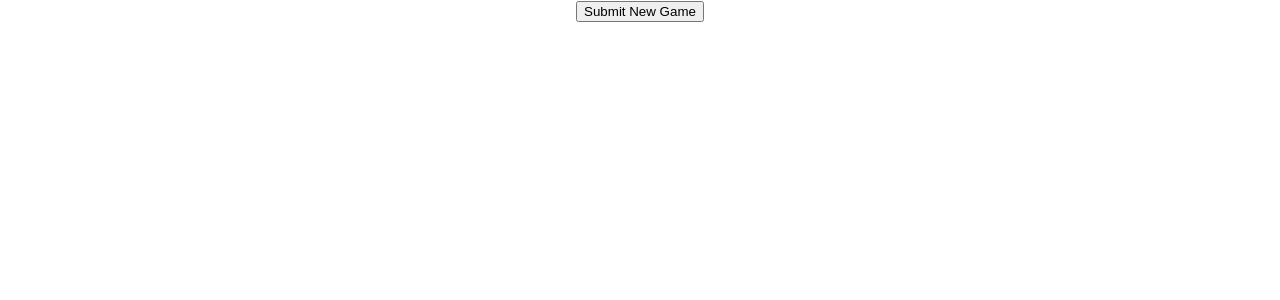
Repository: The-Software-Guild/assessment-2-react-nj10deadend
Page: / (app in Part-2/React-section/frontend/)
An editor plug-in stored every save of this project. The page is shown before and after the next save, followed by the edit.
The browser window is 1280 px wide. The pictures show the whole page.
The page's requests for data from a server got no answer. The project was rebuilt for these pictures with package versions that can differ from the ones it lists, and the page was loaded fresh each time. No one was signed in, and anything a server would have sent is missing. Also part of the build but not shown: Part-2/React-section/frontend/src/components/GameCards.js.

Above is the page before, as saved 2021-12-19 10:52:53.

### Part-2/React-section/frontend/public/index.html
<!DOCTYPE html>
<html lang="en">
  <head>
    <meta charset="utf-8" />
    <link rel="icon" href="%PUBLIC_URL%/favicon.ico" />
    <meta name="viewport" content="width=device-width, initial-scale=1" />
    <meta name="theme-color" content="#000000" />
    <meta name="viewport" content="initial-scale=1, width=device-width" />
    <meta
      name="description"
      content="Web site created using create-react-app"
    />
    <link rel="apple-touch-icon" href="%PUBLIC_URL%/logo192.png" />
    <!--
      manifest.json provides metadata used when your web app is installed on a
      user's mobile device or desktop. See https://developers.google.com/web/fundamentals/web-app-manifest/
    -->
    <link rel="manifest" href="%PUBLIC_URL%/manifest.json" />
    <!--
      Notice the use of %PUBLIC_URL% in the tags above.
      It will be replaced with the URL of the `public` folder during the build.
      Only files inside the `public` folder can be referenced from the HTML.

      Unlike "/favicon.ico" or "favicon.ico", "%PUBLIC_URL%/favicon.ico" will
      work correctly both with client-side routing and a non-root public URL.
      Learn how to configure a non-root public URL by running `npm run build`.
    -->
    <link
      rel="stylesheet"
      href="https://fonts.googleapis.com/css?family=Roboto:300,400,500,700&display=swap"
    />
    <title>React App</title>
  </head>
  <body>
    <noscript>You need to enable JavaScript to run this app.</noscript>
    <div id="root"></div>
    <!--
      This HTML file is a template.
      If you open it directly in the browser, you will see an empty page.

      You can add webfonts, meta tags, or analytics to this file.
      The build step will place the bundled scripts into the <body> tag.

      To begin the development, run `npm start` or `yarn start`.
      To create a production bundle, use `npm run build` or `yarn build`.
    -->
  </body>
</html>

### Part-2/React-section/frontend/src/index.css
body {
  margin: 0;
  font-family: -apple-system, BlinkMacSystemFont, 'Segoe UI', 'Roboto', 'Oxygen',
    'Ubuntu', 'Cantarell', 'Fira Sans', 'Droid Sans', 'Helvetica Neue',
    sans-serif;
  -webkit-font-smoothing: antialiased;
  -moz-osx-font-smoothing: grayscale;
}

code {
  font-family: source-code-pro, Menlo, Monaco, Consolas, 'Courier New',
    monospace;
}

.imgs {
  height: 250px;
  width: 250px;
}

### Part-2/React-section/frontend/src/App.js
import logo from './logo.svg';
import './App.css';
import Home from './components/Home';
import AddGameForm from './components/AddGameForm';
import axios from 'axios';
import {useState, useEffect} from 'react';
import Container from '@mui/material/Container';
import Button from '@mui/material/Button';
// import Typography from '@mui/material/Typography';

function App() {

  const [gameData, setGameData] = useState([]);

  function getFetchGameServer () {
    axios.get(`http://localhost:8080/allGames`)
      .then(res => {
        setGameData(res.data)
      })

  }

  useEffect(getFetchGameServer, []);

  return (
    <div className="App">
      <AddGameForm />

      <Home gameData={gameData}/>

    </div>
  );
}

export default App;

### Part-2/React-section/frontend/src/components/Home.js
import GameCards from "./GameCards";


function Home ({gameData}) {

    const renderGameData = gameData.map(eachGame => {
        return (
            <GameCards key={eachGame._id} eachGame={eachGame} />
        )
    })
    return (
        <div>
            {renderGameData}

        </div>
    )
}

export default Home;

### Part-2/React-section/frontend/src/components/AddGameForm.js
import {useState} from 'react';

function AddGameForm () {

    const [clicked, setClicked] = useState(false);
    const [submitted, setSubmitted] = useState(false);
    const [buttonText, setButtonText] = useState("Submit New Game");

    // function changeButtonText () {
    //     if (clicked) {

    //         setButtonText("Hide Submission Form")
    //     }
    // }

    return (
        <div>
            <button onClick={() => {setButtonText("Hide Submission Form")}} onClick={() => {setClicked(!clicked)}}>{buttonText}</button>
            {clicked && (


                <form>
                    <div>
                        <label for="name">Name</label>
                        <input type="text" name="name" placeholder="Enter name" id="name" />
                    </div>
                    <div>
                        <label for="img">Image Url</label>
                        <input type="text" name="img" placeholder="Enter image URL" id="img" />
                    </div>
                    <div>
                        <label for="cross platform">Cross Platform</label>
                        <input type="text" name="cross platform" placeholder="Enter true if game is cross platform or false if not" id="cross_platform" />
                    </div>
                    <div>
                        <label for="price">Price</label>
                        <input type="text" name="price" placeholder="Enter price of game" id="price" />
                    </div>
                    <div>
                        <label for="genres">Genres</label>
                        <input type="text" name="genres" placeholder="Enter first genre category" id="genre1" />
                        <input type="text" name="genres" placeholder="Enter second genre category" id="genre2" />
                        <input type="text" name="genres" placeholder="Enter third genre category" id="genre3" />

                    </div>
                    <input type="submit" value="Submit"/>

                </form>
            )}


        </div>
    )
}

export default AddGameForm;

Loaded but not shown: Part-2/React-section/frontend/src/index.js (common file); Part-2/React-section/frontend/src/reportWebVitals.js (common file); Part-2/React-section/frontend/src/App.css (common file)

After the next save:
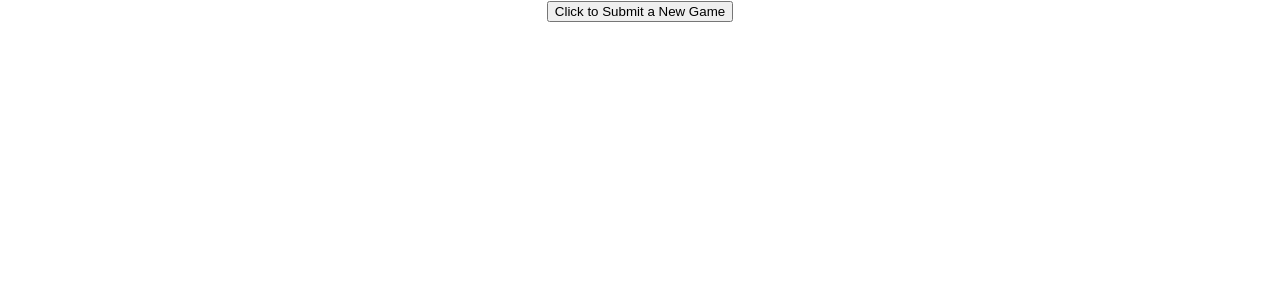
Saved 2 min 14 s later.
--- a/Part-2/React-section/frontend/src/components/AddGameForm.js
+++ b/Part-2/React-section/frontend/src/components/AddGameForm.js
@@ -4,18 +4,13 @@ function AddGameForm () {
 
     const [clicked, setClicked] = useState(false);
     const [submitted, setSubmitted] = useState(false);
-    const [buttonText, setButtonText] = useState("Submit New Game");
 
-    // function changeButtonText () {
-    //     if (clicked) {
+    const buttonText = clicked ? "Hide Submission Form" : "Click to Submit a New Game"
 
-    //         setButtonText("Hide Submission Form")
-    //     }
-    // }
 
     return (
         <div>
-            <button onClick={() => {setButtonText("Hide Submission Form")}} onClick={() => {setClicked(!clicked)}}>{buttonText}</button>
+            <button onClick={() => {setClicked(!clicked)}}>{buttonText}</button>
             {clicked && (
 
 
